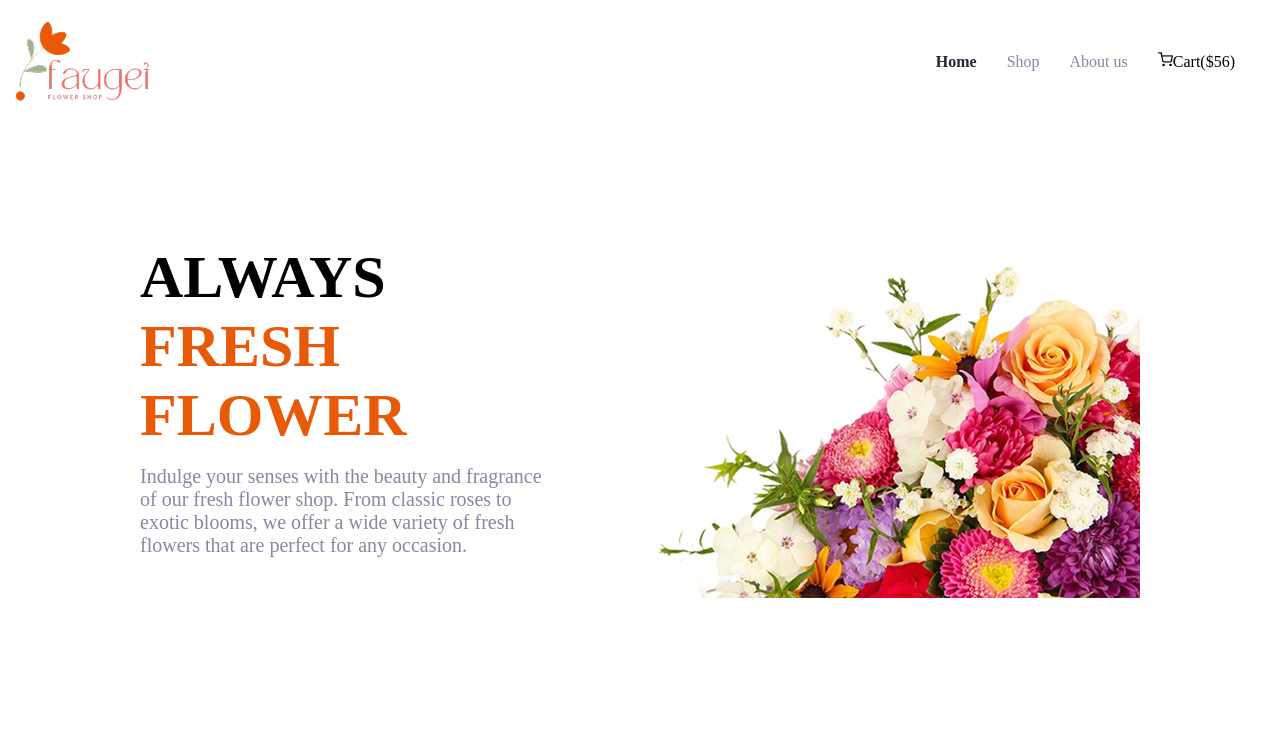
Repository: dollyrakhe22/Flowers-main-website
Page: index.html
These files come from the project's save history. The page is drawn as it stood at one moment and after the next save; the edit follows.
The browser window is 1280 px wide. The pictures show the whole page.
Some web libraries are served in a nearby version.

Above is the page before, as saved 2025-07-24 00:30:45.

After the next save:
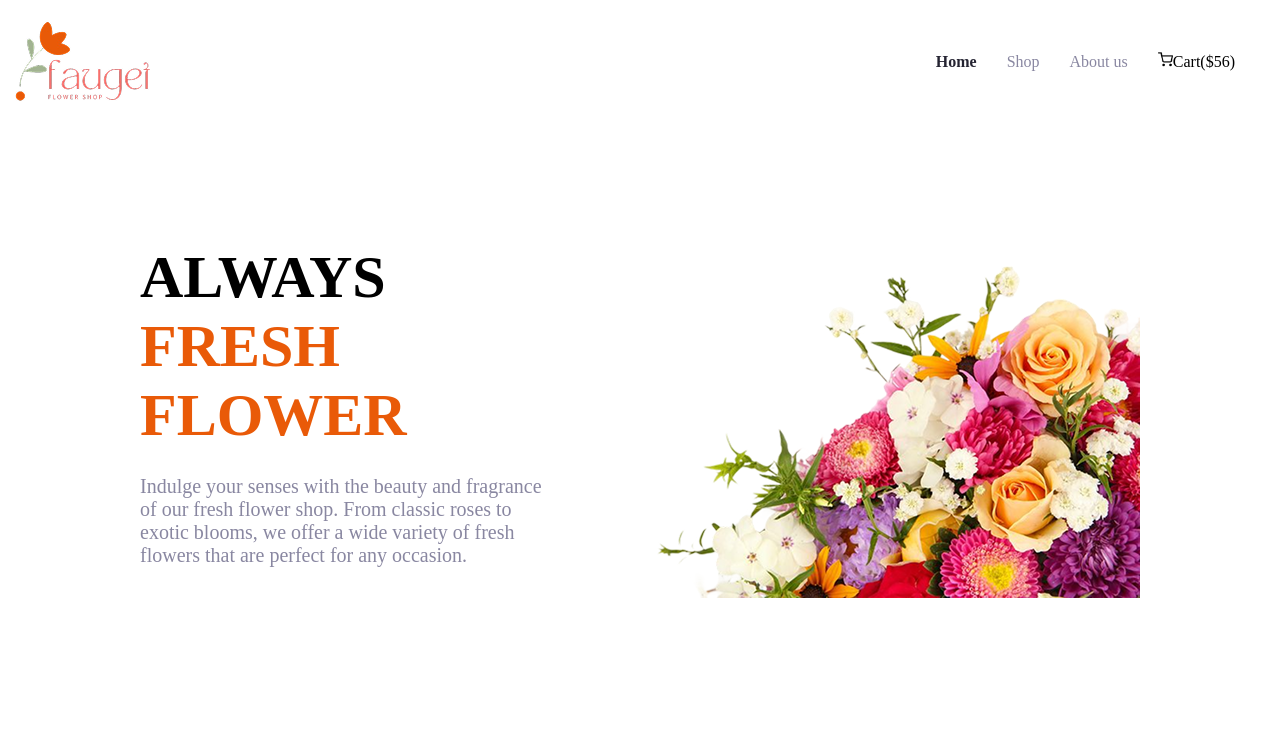
Saved 25 s later.
--- a/style.css
+++ b/style.css
@@ -62,5 +62,5 @@ nav ul li{
 }
 .flower-description{
     font-size: 1.25rem;
-    margin-top: 15px;
+    margin-top: 25px;
 }
